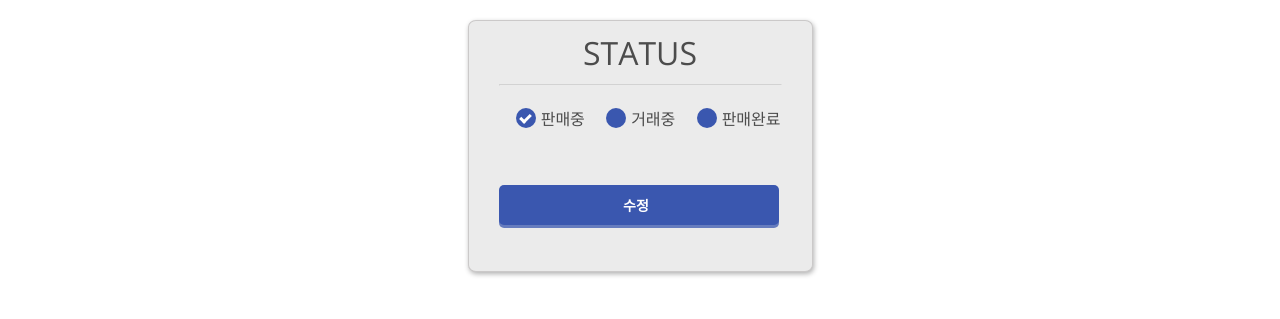
Repository: charmingjae/swproject
Page: http://localhost/bookBoard/chgStat.jsp
An editor plug-in stored every save of this project. The page is shown before and after the next save, followed by the edit.
The browser window is 1280 px wide. The pictures show the whole page.
Some web libraries are served in a nearby version. The page is served by Tomcat 9. Other server files are loaded and not shown.

Above is the page before, as saved 2019-12-14 09:20:57.

### JSP/bookBoard/bookBoard/WebContent/chgStat.jsp
<%@ page language="java" contentType="text/html; charset=UTF-8"
    pageEncoding="UTF-8"%>
<!DOCTYPE html>
<html>
<head>
<meta charset="UTF-8">
<title></title>
<link href='https://fonts.googleapis.com/css?family=Open+Sans:400,300,300italic,400italic,600' rel='stylesheet' type='text/css'>
<link href="//netdna.bootstrapcdn.com/font-awesome/3.1.1/css/font-awesome.css" rel="stylesheet">
<style type="text/css">
	@import url("chgStat.css");
</style>
</head>
<body>


<div class="testbox">
  <h1>STATUS</h1>


  <form action="loginChk.jsp">
      <hr>
		  <div class="grade">
	      <input type="radio" value="판매중" id="radioOne" name="selstat" checked/>
	      <label for="radioOne" class="radio" chec>판매중</label>
	      <input type="radio" value="거래중" id="radioTwo" name="selstat" />
	      <label for="radioTwo" class="radio">거래중</label>
	      <input type="radio" value="판매완료" id="radioThree" name="selstat" />
	      <label for="radioThree" class="radio">판매완료</label>
	    </div>
		  <br><br>


<!--    		<p>By clicking Register, you agree on our <a href="#">terms and condition</a>.</p> -->
   		<button type="submit" class="buttonset">수정</button>
  </form>
</div>


</body>
</html>

### JSP/bookBoard/bookBoard/WebContent/chgStat.css
@charset "UTF-8";

body, div, dl, dt, dd, ul, ol, li, h1, h2, h3, h4, h5, h6,
pre, form, fieldset, input, textarea, p, blockquote, th, td {
  padding:0;
  margin:0;}

fieldset, img {border:0}

ol, ul, li {list-style:none}

:focus {outline:none}

body,
input,
textarea,
select {
  font-family: 'Open Sans', sans-serif;
  font-size: 16px;
  color: #4c4c4c;
}

p {
  font-size: 12px;
  width: 150px;
  display: inline-block;
  margin-left: 18px;
}
h1 {
  font-size: 32px;
  font-weight: 300;
  color: #4c4c4c;
  text-align: center;
  padding-top: 10px;
  margin-bottom: 10px;
}

html{
  background-color: #ffffff;
}

.testbox {
  margin: 20px auto;
  width: 343px;
  height: 250px;
  -webkit-border-radius: 8px/7px;
  -moz-border-radius: 8px/7px;
  border-radius: 8px/7px;
  background-color: #ebebeb;
  -webkit-box-shadow: 1px 2px 5px rgba(0,0,0,.31);
  -moz-box-shadow: 1px 2px 5px rgba(0,0,0,.31);
  box-shadow: 1px 2px 5px rgba(0,0,0,.31);
  border: solid 1px #cbc9c9;
}

input[type=radio] {
  visibility: hidden;
}

form{
  margin: 0 30px;
}

label.radio {
  cursor: pointer;
  text-indent: 25px;
  overflow: visible;
  display: inline-block;
  position: relative;
  margin-bottom: 1px;
}

label.radio:before {
  background: #3a57af;
  content:'';
  position: absolute;
  top:2px;
  left: 0;
  width: 20px;
  height: 20px;
  border-radius: 100%;
}

label.radio:after {
    opacity: 0;
    content: '';
    position: absolute;
    width: 0.5em;
    height: 0.25em;
    background: transparent;
    top: 7.5px;
    left: 4.5px;
    border: 3px solid #ffffff;
    border-top: none;
    border-right: none;

    -webkit-transform: rotate(-45deg);
    -moz-transform: rotate(-45deg);
    -o-transform: rotate(-45deg);
    -ms-transform: rotate(-45deg);
    transform: rotate(-45deg);
}

input[type=radio]:checked + label:after {
    opacity: 1;
}

hr{
  color: #a9a9a9;
  opacity: 0.3;
}

input[type=text],input[type=password], input[type=number]{
  width: 200px;
  height: 39px;
  -webkit-border-radius: 0px 4px 4px 0px/5px 5px 4px 4px;
  -moz-border-radius: 0px 4px 4px 0px/0px 0px 4px 4px;
  border-radius: 0px 4px 4px 0px/5px 5px 4px 4px;
  background-color: #fff;
  -webkit-box-shadow: 1px 2px 5px rgba(0,0,0,.09);
  -moz-box-shadow: 1px 2px 5px rgba(0,0,0,.09);
  box-shadow: 1px 2px 5px rgba(0,0,0,.09);
  border: solid 1px #cbc9c9;
  margin-left: -5px;
  margin-top: 13px;
  padding-left: 10px;
}

/* input[type=password]{
  margin-bottom: 25px;
} */

#icon {
  display: inline-block;
  width: 30px;
  background-color: #3a57af;
  padding: 8px 0px 8px 15px;
  margin-left: 15px;
  -webkit-border-radius: 4px 0px 0px 4px;
  -moz-border-radius: 4px 0px 0px 4px;
  border-radius: 4px 0px 0px 4px;
  color: white;
  -webkit-box-shadow: 1px 2px 5px rgba(0,0,0,.09);
  -moz-box-shadow: 1px 2px 5px rgba(0,0,0,.09);
  box-shadow: 1px 2px 5px rgba(0,0,0,.09);
  border: solid 0px #cbc9c9;
}

.class {
  margin-top: 10px;
  margin-left: 15px;
  margin-bottom: 0px;
}

.grade{
  margin-left: 0px;
  margin-top: 20px;
}

a.button {
  font-size: 14px;
  font-weight: 600;
  color: white;
  padding: 6px 25px 0px 20px;
  margin: 10px 8px 20px 0px;
  display: inline-block;
  float: none;
  text-align: center;
  text-decoration: none;
  width: 235px; height: 27px;
  -webkit-border-radius: 5px;
  -moz-border-radius: 5px;
  border-radius: 5px;
  background-color: #3a57af;
  -webkit-box-shadow: 0 3px rgba(58,87,175,.75);
  -moz-box-shadow: 0 3px rgba(58,87,175,.75);
  box-shadow: 0 3px rgba(58,87,175,.75);
  transition: all 0.1s linear 0s;
  top: 0px;
  position: relative;
}

a.button:hover {
  top: 3px;
  background-color:#2e458b;
  -webkit-box-shadow: none;
  -moz-box-shadow: none;
  box-shadow: none;

}

.buttonset {
  border :0;
  outline :0;
  font-size: 14px;
  font-weight: 600;
  color: white;
  padding: 6px 25px 6px 20px;
  margin: 10px 8px 20px 0px;
  display: inline-block;
  float: none;
  text-align: center;
  text-decoration: none;
  width: 280px; height: 40px;
  -webkit-border-radius: 5px;
  -moz-border-radius: 5px;
  border-radius: 5px;
  background-color: #3a57af;
  -webkit-box-shadow: 0 3px rgba(58,87,175,.75);
  -moz-box-shadow: 0 3px rgba(58,87,175,.75);
  box-shadow: 0 3px rgba(58,87,175,.75);
  transition: all 0.1s linear 0s;
  top: 0px;
  position: relative;
}

.buttonset:hover {
  top: 3px;
  background-color:#2e458b;
  -webkit-box-shadow: none;
  -moz-box-shadow: none;
  box-shadow: none;

}

After the next save:
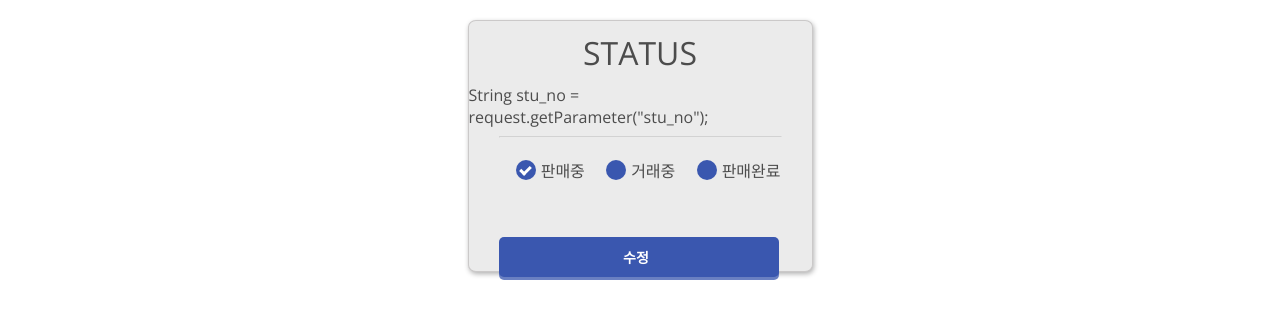
Saved 35 s later.
--- a/JSP/bookBoard/bookBoard/WebContent/chgStat.jsp
+++ b/JSP/bookBoard/bookBoard/WebContent/chgStat.jsp
@@ -17,6 +17,7 @@
 <div class="testbox">
   <h1>STATUS</h1>
 
+	String stu_no = request.getParameter("stu_no");
 
   <form action="loginChk.jsp">
       <hr>

After the 2 saves that followed:
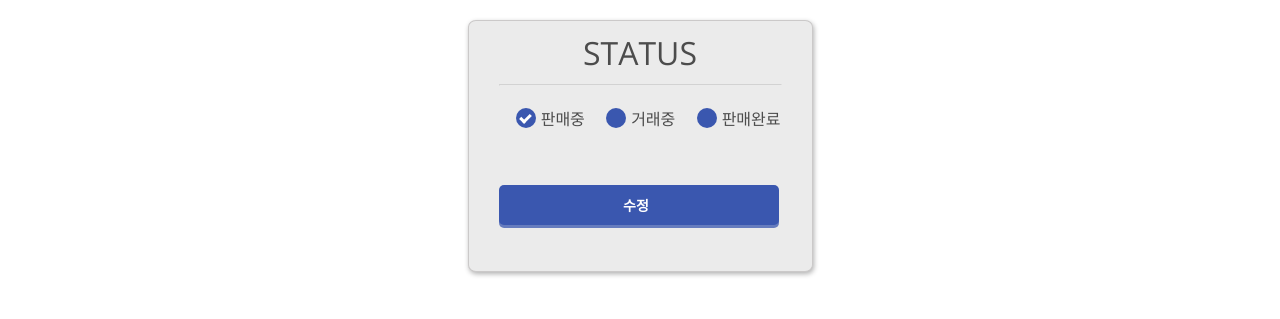
The 2 saves are shown as one change because 1 left the picture as it was.
The last was saved 20 s later.
--- a/JSP/bookBoard/bookBoard/WebContent/chgStat.jsp
+++ b/JSP/bookBoard/bookBoard/WebContent/chgStat.jsp
@@ -17,7 +17,10 @@
 <div class="testbox">
   <h1>STATUS</h1>
 
+	<%
 	String stu_no = request.getParameter("stu_no");
+
+	%>
 
   <form action="loginChk.jsp">
       <hr>
